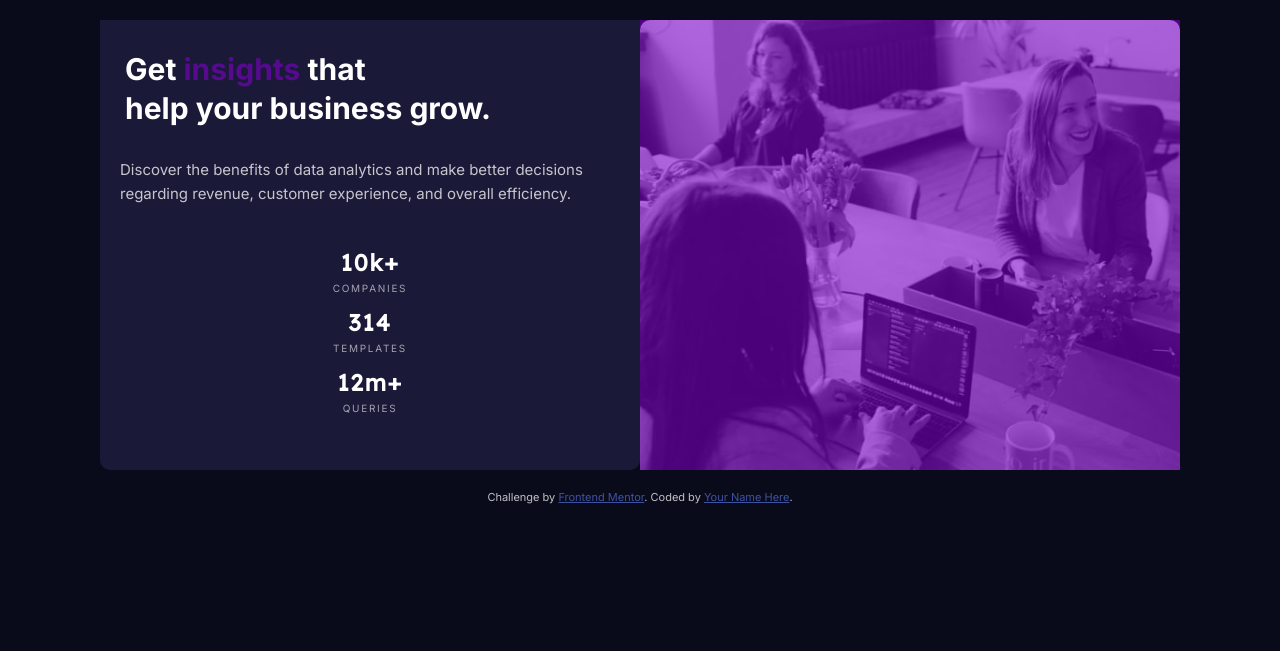
Repository: DejV44/stats-preview-card-component-main
Page: index.html
The author's editor kept a copy of each file at every save. The page is drawn from the files as they stood at one save, then again after the next save.
The browser window is 1280 px wide. The pictures show the whole page.
The style sheet was rebuilt from its Sass, Less or Tailwind sources for each picture, by a compiler version that may differ from the author's.

Above is the page before, as saved 2021-07-09 23:15:31.

### index.html
<!DOCTYPE html>
<html lang="en">
<head>
  <meta charset="UTF-8">
  <meta name="viewport" content="width=device-width, initial-scale=1.0"> <!-- displays site properly based on user's device -->

  <link rel="icon" type="image/png" sizes="32x32" href="./images/favicon-32x32.png">
  <link rel="stylesheet" href="/css/style.css">


  <title>Frontend Mentor | Stats preview card component</title>
</head>
<body>
  <div class="container">
    <div class="picture">
      <div class="overlay"></div>
    </div>
    <div class="card">
      <h1>Get <span>insights</span> that <br>help your business grow.</h1>

      <p>Discover the benefits of data analytics and make better decisions regarding revenue, customer
      experience, and overall efficiency.</p>

      <ul>
        <li><span>10k+</span> companies</li>
        <li><span>314</span> templates</li>
        <li><span>12m+</span> queries</li>
      </ul>
    </div>
  </div>


  <div class="attribution">
    Challenge by <a href="https://www.frontendmentor.io?ref=challenge" target="_blank">Frontend Mentor</a>.
    Coded by <a href="#">Your Name Here</a>.
  </div>
</body>
</html>

### css/style.scss
$mainBackground: hsl(233, 47%, 7%);
$cardBackground: hsl(244, 38%, 16%);
$accent: hsla(277, 100%, 40%, 0.589);

$mainHeading: hsl(0, 0%, 100%);
$mainParagraph: hsla(0, 0%, 100%, 0.75);
$statHeadings: hsla(0, 0%, 100%, 0.6);

@import url("https://fonts.googleapis.com/css2?family=Inter:wght@400;700&display=swap");

@import url("https://fonts.googleapis.com/css2?family=Lexend+Deca&display=swap");

* {
  margin: 0;
  padding: 0;
  box-sizing: border-box;
}

body {
  font-family: "Inter", sans-serif;
  font-size: 15px;
  background-color: $mainBackground;

  .container {
    margin: 20px 30px;
    border-radius: 10px;
    .picture {

      border-radius: 10px 10px 0 0;
      background: url("/images/image-header-mobile.jpg");
      background-position: center;
      background-size: cover;
      background-repeat: no-repeat;
      height: 300px;

      .overlay {
        background-color: $accent;
        background-size: cover;
        height: 300px;
      }
    }

    .card {
        border-radius: 0 0 10px 10px;
        background: $cardBackground;
        text-align: center;

        h1 {
            margin: 0 auto;
            padding: 30px 25px;
            color: $mainHeading;
            text-align: center;
            line-height: 1.3;
            span {
                color: $accent;
                line-height: 1.3;
            }
        }
        p {
          color: $mainParagraph;
          padding: 0 20px 20px 20px;
          margin-bottom: 15px;
          line-height: 24px;
        }

        ul {
          padding-bottom: 15px;
          font-size: 10px;
          letter-spacing: 1.7px;
          color: $statHeadings;
          li {
            list-style: none;
            text-transform: uppercase;
            padding: 7px 0;


            span {
              padding-bottom: 5px;
              display: block;
              text-transform: lowercase;
              font-family: "lexend Deca" ,sans-serif;
              font-weight: 700;
              font-size: 23px;
              color: $mainHeading;
            }
          }
        }
    }
  }

  .attribution {
    font-size: 11px;
    text-align: center;
    color: $mainParagraph;

    a {
      color: hsl(228, 45%, 44%);
    }
  }
}

@media (min-width:768px) {
  body {



    .container {
      display: flex;
      flex-direction: row-reverse;
      justify-content: center;
      flex-wrap: nowrap;

      .picture {
        flex-grow: 0;
        align-content: flex-end;
        width: 540px;
        height: 450px;

        .overlay {
          width: 540px;
          height: 450px;
        }

      }

      .card {

        max-height: 450px;
        width: 540px;

        h1, p {
          text-align: left;
          max-width: 540px;
        }

      }
    }
  }
}

After the next save:
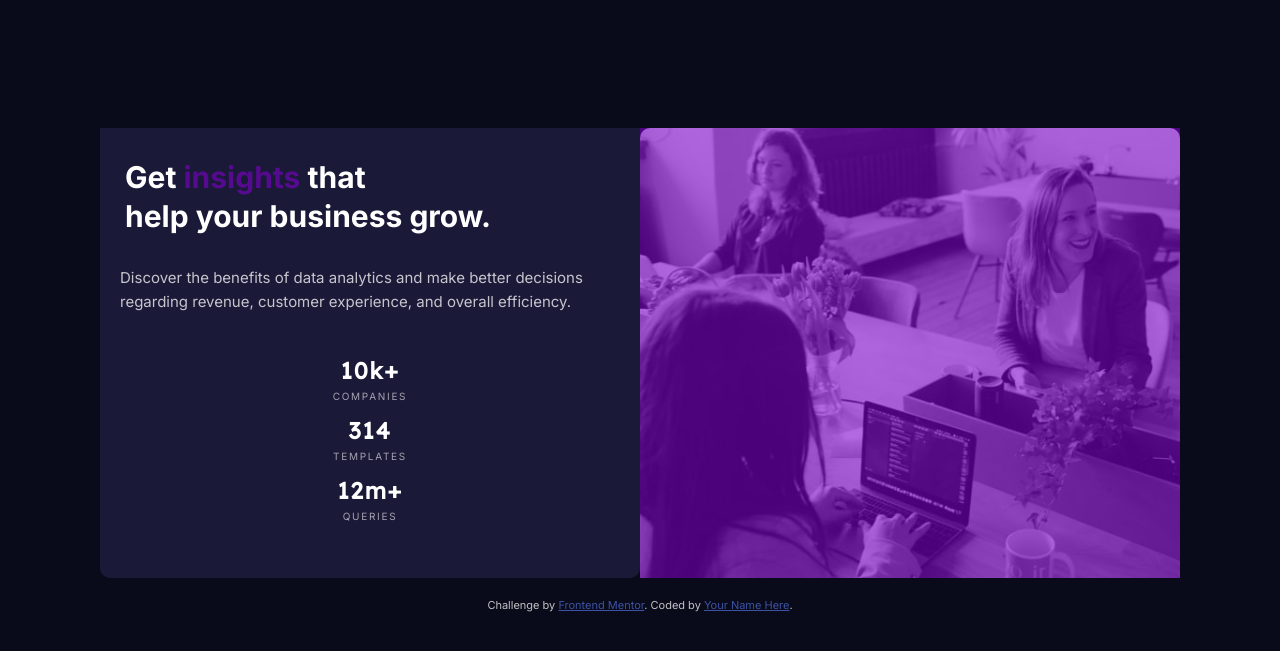
Saved 23 min 31 s later.
--- a/css/style.scss
+++ b/css/style.scss
@@ -101,7 +101,10 @@ body {
 
 @media (min-width:768px) {
   body {
-
+    height: 100vh;
+    display: flex;
+    flex-direction: column;
+    justify-content: center;
 
 
     .container {
